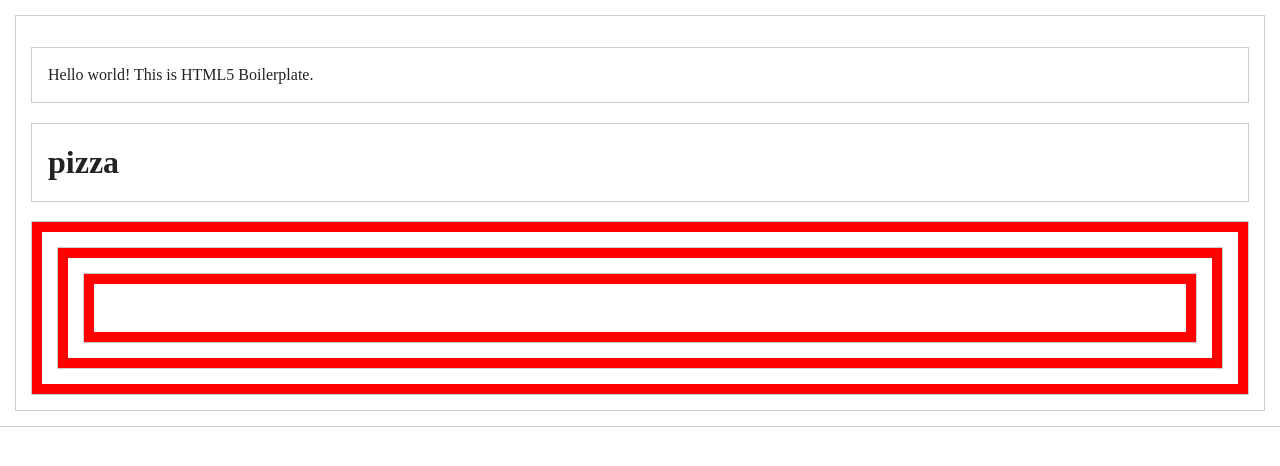
Repository: sierralaurent/MDIA2003-LAB03
Page: LAB03/index.html
These files come from the project's save history. The page is drawn as it stood at one moment and after the next save; the edit follows.
The browser window is 1280 px wide. The pictures show the whole page.

Above is the page before, as saved 2023-01-17 09:21:25.

After the next save:
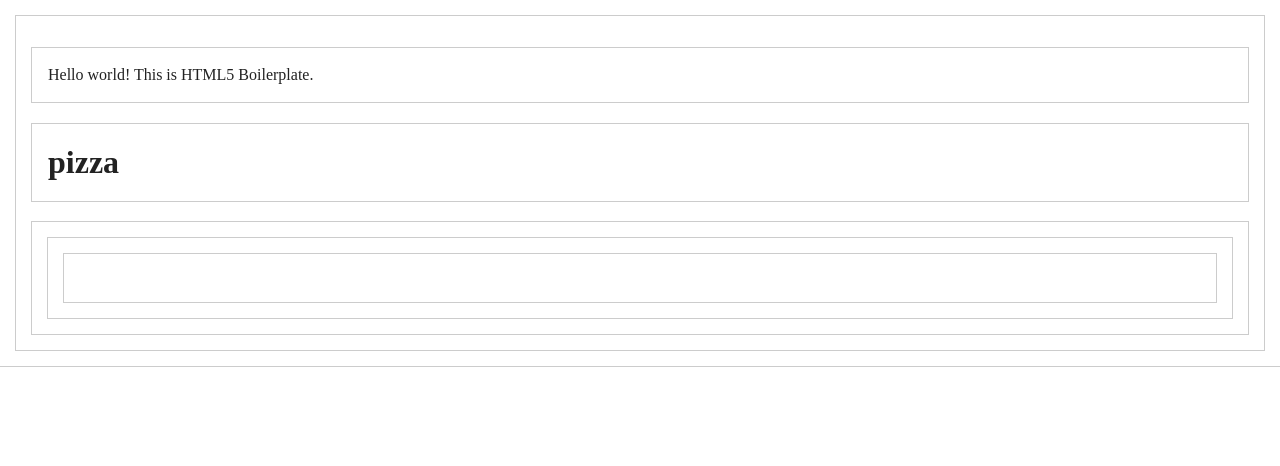
Saved 6 s later.
--- a/LAB03/index.html
+++ b/LAB03/index.html
@@ -22,9 +22,7 @@
   <meta name="theme-color" content="#fafafa">
 </head>
 <style>
-  div {
-    border: 10px, solid, red;
-  }
+
 </style>
 <body>
 
